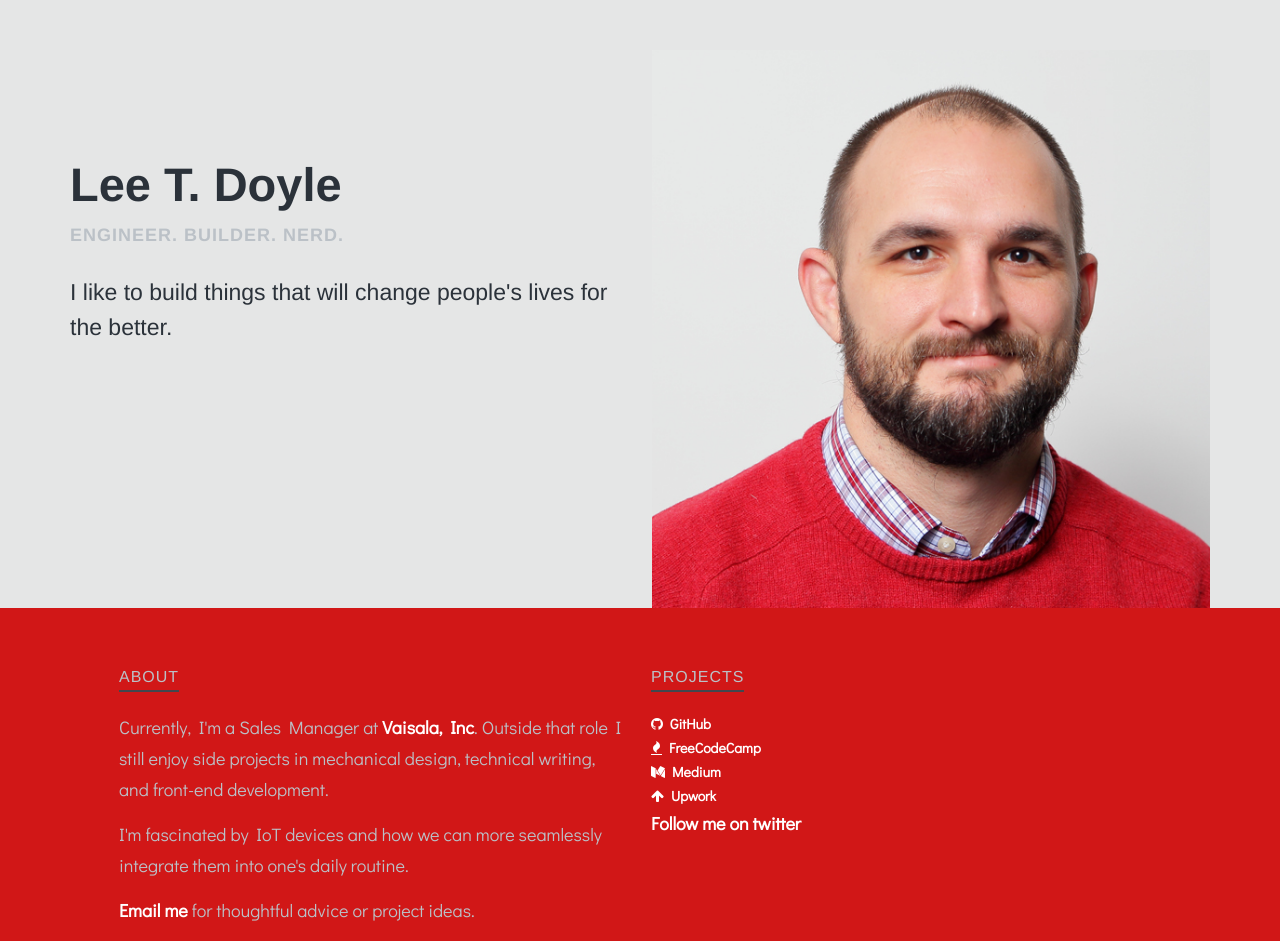
Repository: ldoyle0/ldoyle0.github.io
Page: index.html
The author's editor kept a record of every edit. The page is drawn from the files as they stood at one moment, then again after the next edit.
The browser window is 1280 px wide. The pictures show the whole page.
Some web libraries are served in a nearby version.

Above is the page before.

### index.html
<!DOCTYPE html>
<html lang="en">

<head>

    <meta charset="utf-8">
    <meta http-equiv="X-UA-Compatible" content="IE=edge">
    <meta name="viewport" content="width=device-width, initial-scale=1">
    <meta name="description" content="I like to build things that will change people's lives for the better.">
    <meta name="author" content="Lee Doyle">
    <link rel="shortcut icon" href="favicon.ico">

  <title>Lee Doyle – Builder</title>


<!-- Styles -->
<link href="https://fonts.googleapis.com/css?family=Didact+Gothic" rel="stylesheet">
<link href="https://maxcdn.bootstrapcdn.com/font-awesome/4.4.0/css/font-awesome.min.css" rel="stylesheet">

<link rel="stylesheet" href="./css/bootstrap.min.css">
<link href="./css/style.css" rel="stylesheet">

</head>

<body>
    <div class="title">
    <div class="container">
        <div class="row-fluid">
            <div class="span6 left">
                <h1>Lee T. Doyle</h1>
                <h2><strong>Engineer. Builder. Nerd.</strong></h2>
                <h3>I like to build things that will change people's lives for the better.</h3>
            </div>
            <div class="span6 right">
                <img src="./img/LED.jpg">
            </div>
        </div>
    </div>
    </div>

<footer>
    <div class="container about offset">
        <div class="row-fluid">
            <div class="span6">
                <h4>About</h4>
                <p>
                    Currently, I'm a Sales Manager at <a href="http://www.vaisala.com/en/Pages/default.aspx">Vaisala, Inc</a>.
                    Outside that role I still enjoy side projects in mechanical design, technical writing, and
                    front-end development.
                </p>
                <p>
                    I'm fascinated by IoT devices and how we can more seamlessly integrate them into one's daily routine.
                </p>
                <p>
                    <a href="mailto:ldoyle0@gmail.com">Email me</a> for thoughtful advice or project ideas.
                </p>
            </div>
            <div class="span6">
                <h4>Projects</h4>
                <ul>
                    <li><a href="https://github.com/ldoyle0"><i class="fa fa-github"></i>GitHub</a></li>
                    <li><a href="https://www.freecodecamp.org/ldoyle0"><i class="fa fa-fire"></i>FreeCodeCamp</a></li>
                    <li><a href="https://medium.com/@leetdoyle"><i class="fa fa-medium"></i>Medium</a></li>
                    <li><a href="https://www.upwork.com/o/profiles/users/_~01666dd24ce2e08ba3/"><i class="fa fa-arrow-up"></i>Upwork</a></li>
                </ul>
                <p><a class="follow-btn" href="http://www.twitter.com/ldoyle0">Follow  me on twitter</a></p>
            </div>
        </div>
    </div>
</footer>

</body>

</html>

### css/style.css
@import "bootstrap.min.css";

/*
color scheme
#d11717 - red
#17d1d1 - blue-green
#74d117 - green
*/

/* General */

body {
  color: #bbc1c7;
  background-color: #d11717;
  font-family: 'Didact Gothic', Arial, sans-serif;
  font-weight: 400;
  line-height: 1.7;
}

div {
  display: block;
}

h1,
h2,
h3 {
  line-height: 40px;
}

h1 {
  font-size: 47px;
  font-weight: 700;
  color: #2b323a;
  margin: 0 0 10px 0;
}
h2 {
  font-size: 18px;
  text-transform: uppercase;
  font-weight: 400;
  letter-spacing: 1px;
  margin: 0;
}
h3 {
  font-size: 23px;
  color: #2b323a;
  line-height: 1.5;
  margin: 20px 0 0 0;
}
h4 {
  display: inline-block;
  text-transform: uppercase;
  font-size: 16px;
  font-weight: 400;
  letter-spacing: 1px;
  border-bottom: 2px solid #41474e;
  padding-bottom: 5px;
  margin-bottom: 20px;
}

div i {
    margin-right: 7px;
}

p {
  font-size: 18px;
}

/* Title */

.title {
    background-color: #e5e6e6;
}

@media only screen and (min-width: 1200px) {
  .title {
    min-height: 492px;
  }
}
.title .left {
  padding-top: 165px;
  padding-bottom: 125px;
}
@media only screen and (max-width: 767px) {
  .title .left {
    padding-top: 30px;
    padding-bottom: 0;
  }
}
@media only screen and (min-width: 768px) and (max-width: 991px) {
  .title .left {
    padding-top: 80px;
    padding-bottom: 0;
  }
}
.title .right {
  padding-top: 50px;
}
@media only screen and (max-width: 767px) {
  .title h2 {
    font-size: 16px;
  }
}
.title h2 em {
  padding-left: 5px;
  padding-right: 5px;
}
@media only screen and (max-width: 767px) {
  .title h2 em {
    padding-left: 0;
    padding-right: 0;
    font-size: 16px;
  }
}

img {
  max-width: 100%;
}

.row-fluid {
  width: 100%;
  *zoom: 1;
}

.row-fluid:before,
.row-fluid:after {
  display: table;
  line-height: 0;
  content: "";
}

.row-fluid:after {
  clear: both;
}

.row-fluid [class*="span"] {
  display: block;
  float: left;
  width: 100%;
  min-height: 30px;
  margin-left: 2.127659574468085%;
  *margin-left: 2.074468085106383%;
  -webkit-box-sizing: border-box;
     -moz-box-sizing: border-box;
          box-sizing: border-box;
}

.row-fluid [class*="span"]:first-child {
  margin-left: 0;
}

.row-fluid .span8 {
  width: 65.95744680851064%;
  *width: 65.90425531914893%;
}

.row-fluid .span6 {
  width: 48.93617021276595%;
  *width: 48.88297872340425%;
}

.row-fluid .span4 {
  width: 31.914893617021278%;
  *width: 31.861702127659576%;
}

.row-fluid .span3 {
  width: 23.404255319148934%;
  *width: 23.351063829787233%;
}

.offset {
  padding-left: 5%;
  padding-right: 5%;
}

/* Footer */

footer ul,
footer ul li {
  list-style-type: none;
  margin: 0;
  padding: 0;
}

a,
a:visited {
  text-decoration: none;
  font-weight: 600;
  color: white;
}
a:hover,
a:focus,
a:active {
  color: white;
  border-bottom: 1px solid white;
  padding-bottom: 5px;
}

footer {
  padding-top: 50px;
  padding-bottom: 0;
  margin-bottom: 0;
}

footer p {
  margin-bottom: 15px;
}

Loaded but not shown: css/bootstrap.min.css (library)

After the next edit:
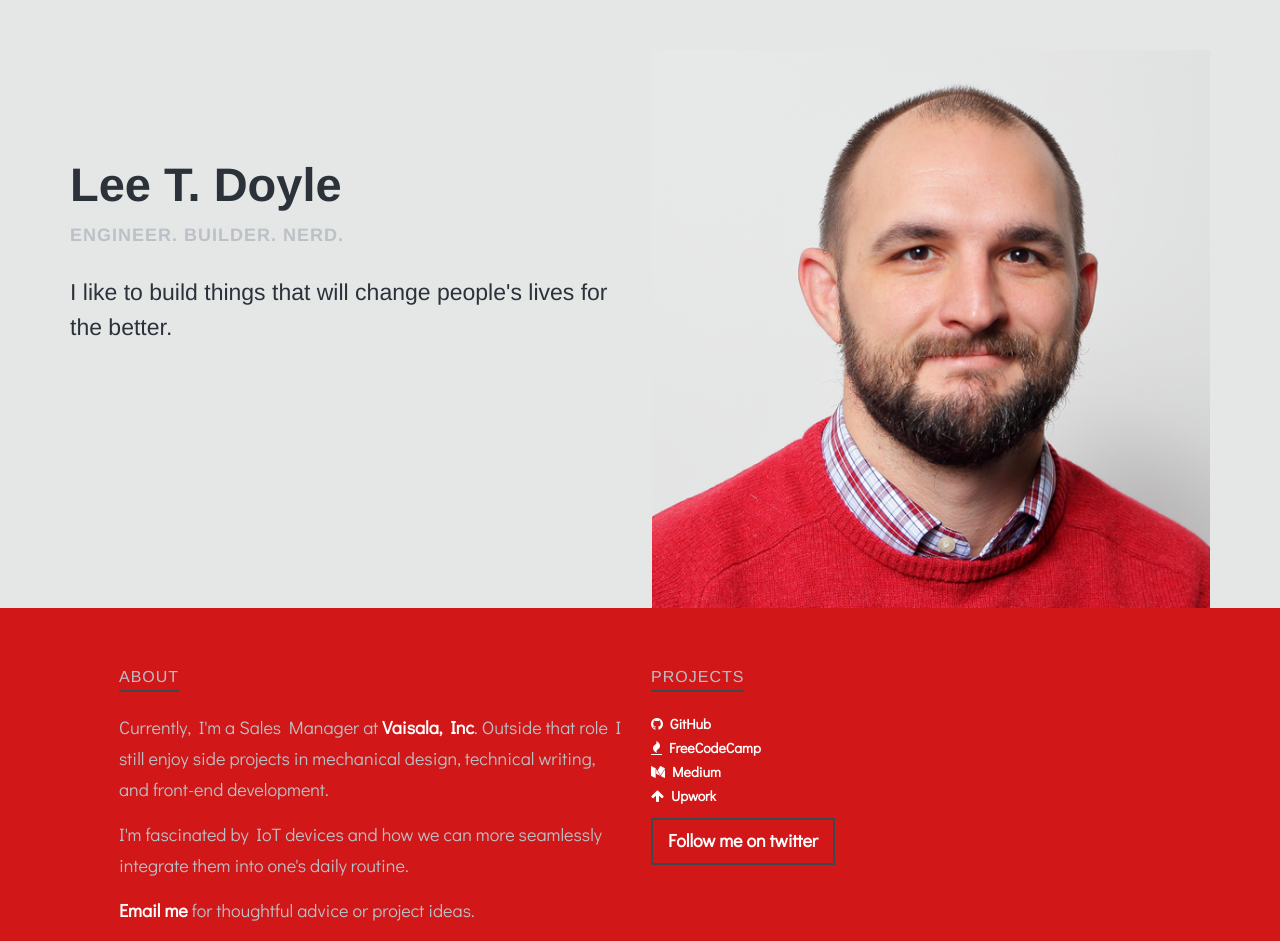
The edit:
--- a/css/style.css
+++ b/css/style.css
@@ -205,3 +205,14 @@
 footer p {
   margin-bottom: 15px;
 }
+
+footer .follow-btn {
+  border: 2px solid #41474e;
+  padding: 5px 15px 8px 15px;
+  margin-top: 10px;
+  display: inline-block;
+}
+
+footer .follow-btn:hover {
+  background-color: #41474e;
+}
